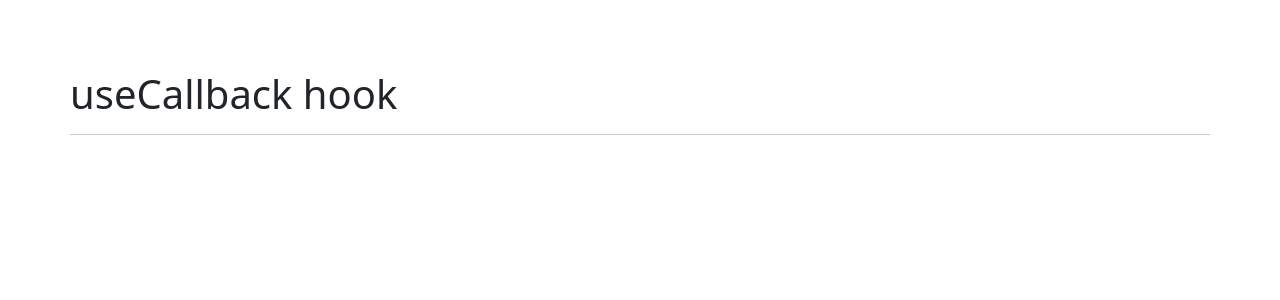
Repository: ppfeliuu/hooks-app
Page: /
The author's editor kept a copy of each file at every save. The page is drawn from the files as they stood at one save, then again after the next save.
The browser window is 1280 px wide. The pictures show the whole page.
The project was rebuilt for these pictures with package versions that can differ from the ones it lists, and the page was loaded fresh each time.

Above is the page before, as saved 2021-05-29 23:32:37.

After the next save:
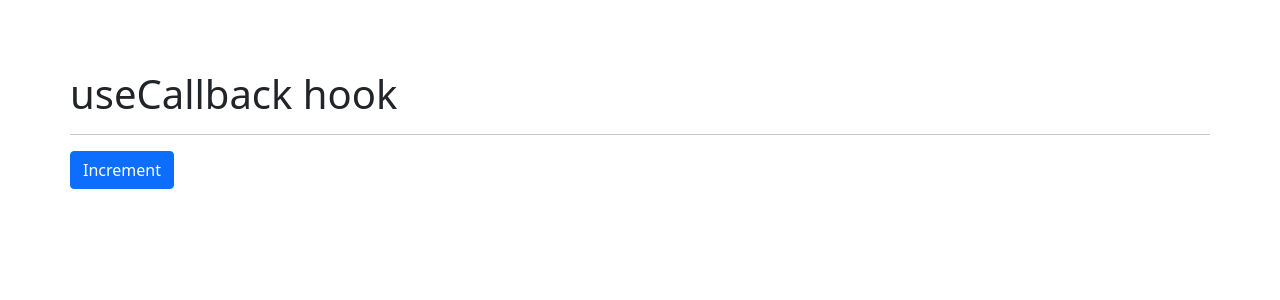
Saved 21 s later.
--- a/src/components/06-memos/CallBackHook.js
+++ b/src/components/06-memos/CallBackHook.js
@@ -1,5 +1,6 @@
 import React, { useState } from "react";
 import "../02-useEffect/effects.css";
+import { ShowIncrement } from "./ShowIncrement";
 
 export const CallBackHook = () => {
   const [counter, setCounter] = useState(10);
@@ -12,6 +13,8 @@ export const CallBackHook = () => {
     <div>
       <h1>useCallback hook</h1>
       <hr />
+
+      <ShowIncrement />
     </div>
   );
 };
